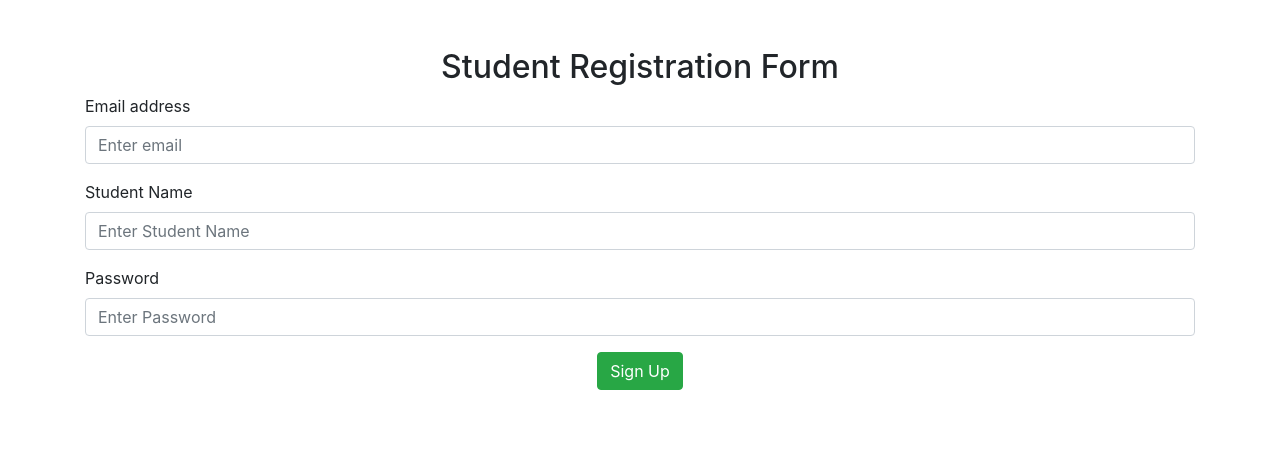
Repository: nksharma514/spring
Page: http://localhost/com.spring.mvc.formRegistration/student
The author's editor kept a copy of each file at every save. The page is drawn from the files as they stood at one save, then again after the next save.
The browser window is 1280 px wide. The pictures show the whole page.
Some web libraries are served in a nearby version. The page is served by Tomcat 9.

Above is the page before, as saved 2023-08-13 21:14:40.

After the next save:
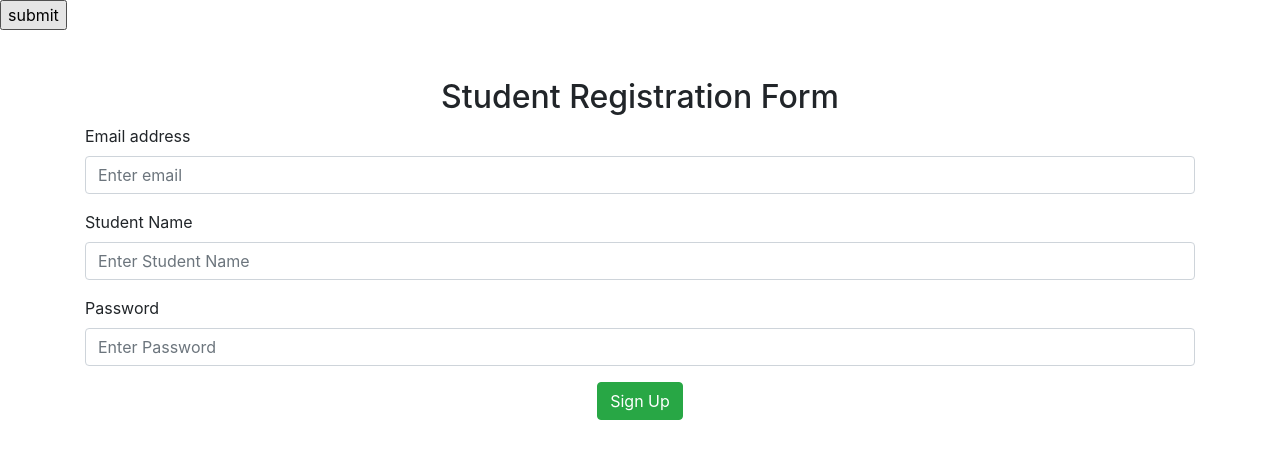
Saved 54 s later.
--- a/com.spring.mvc.formRegistration/src/main/webapp/WEB-INF/views/student.jsp
+++ b/com.spring.mvc.formRegistration/src/main/webapp/WEB-INF/views/student.jsp
@@ -17,9 +17,11 @@
 <title>Hello, world!</title>
 </head>
 <body>
-	<from action="/processform" method="post">
+<!-- 	<from action="/processform" method="post"> -->
 
-<%--  <form action=${"/processform"} method="post"> --%>
+<form action="<%=request.getContextPath() %>/test" method="post">
+<input type="submit" value="submit">
+
 
 
 	<div class="container mt-5">
